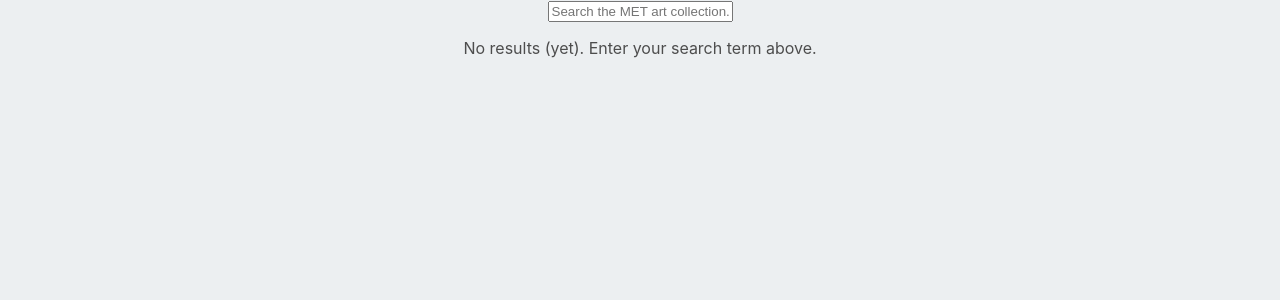
Repository: edulis8/MetSearchTool
Page: /
An editor plug-in stored every save of this project. The page is shown before and after a run of saves, followed by the edit.
The browser window is 1280 px wide. The pictures show the whole page.
The project was rebuilt for these pictures with package versions that can differ from the ones it lists, and the page was loaded fresh each time. Also part of the build but not shown: src/Pokecard.js, src/Pokedex.js.

Above is the page before, as saved 2020-01-16 11:31:54.

### src/App.js
import React from 'react';
import './App.css';
import Pokedex from './Pokedex';
import PokeGame from './PokeGame';

function App() {
  return (
    <div className="App">
      <PokeGame />
    </div>
  );
}

export default App;

### src/PokeGame.js
import React, { Component } from 'react'
// import Pokedex from './Pokedex';
import Axios from 'axios';
import Pokecard from './Pokecard';
// import './Pokedex.css';
const MET_API_BASE = 'https://collectionapi.metmuseum.org/public/collection/v1';

const debounce = (fn, delay) => {
    let timer = null;
    return function (...args) {
        const context = this;
        timer && clearTimeout(timer);
        timer = setTimeout(() => {
            fn.apply(context, args);
        }, delay);
    };
}


class PokeGame extends Component {
    constructor(props) {
        super(props);
        this.state = {
            objects: [],
            searchTerm: '',
            searching: false
        }
        this.handleSearchInputChanges = this.handleSearchInputChanges.bind(this);
        this.search = debounce(this.search, 300);
    }
    // static defaultProps = {
    //     test: [
    //     ]
    // }
    handleSearchInputChanges(e) {
        const searchTerm =  e.target.value;
        this.setState({ searchTerm })
        // console.log(this.state.searchTerm);
        this.search(searchTerm);
    }
    search(searchTerm) {
        console.log('searchTerm state', this.state.searchTerm);
        console.log('searchTerm local', searchTerm);
        this.setState({ objects: [], searching: true })

        Axios.get(`${MET_API_BASE}/search?q=${searchTerm}`).then((response) => {
            // console.log(response.data.objectIDs.slice(0, 20));
            // console.log(response.status, response.statusText);
            console.log('RESPONSE', response);
            if (response.data.objectIDs) {
                const objectIDs = response.data.objectIDs.slice(0, 20);
                objectIDs.forEach((id, idx) => {
                    Axios.get(`${MET_API_BASE}/objects/${id}`).then((response) => {
                        // console.log(idx, response.data);
                        const newObjects = [...this.state.objects];
                        newObjects.push(response.data);
                        this.setState({ objects: newObjects })
                    })
                });
            } else {
                this.setState({ objects: [] })
            }
            this.setState({ searching: false });
        });
    }
    componentDidMount() {
        console.log('didMount');
    }
    render() {
        return (
            <div className='Pokedex'>
                <input type="text" placeholder="Search the MET art collection..." onChange={this.handleSearchInputChanges} />
                {this.state.objects.map(object =>
                    // <img src={object.primaryImage}></img>
                    <div className='Pokedex-cards'>
                        <Pokecard {...object} />
                    </div>

                )}
                {!this.state.objects.length && !this.state.searching && <p>No results (yet). Enter your search term above.</p>}
                {this.state.searching && <p>Searching...</p>}

            </div>
        )
    }
}

export default PokeGame;

### src/Pokedex.css
.Pokedex {
    text-align: center;
}
.Pokedex-cards {
    display: flex;
    justify-content: space-evenly;
    flex-wrap: wrap;
}

Loaded but not shown: public/index.html (common file); src/index.js (common file); src/index.css (common file); src/serviceWorker.js (common file); src/App.css (common file)

After the next 2 saves:
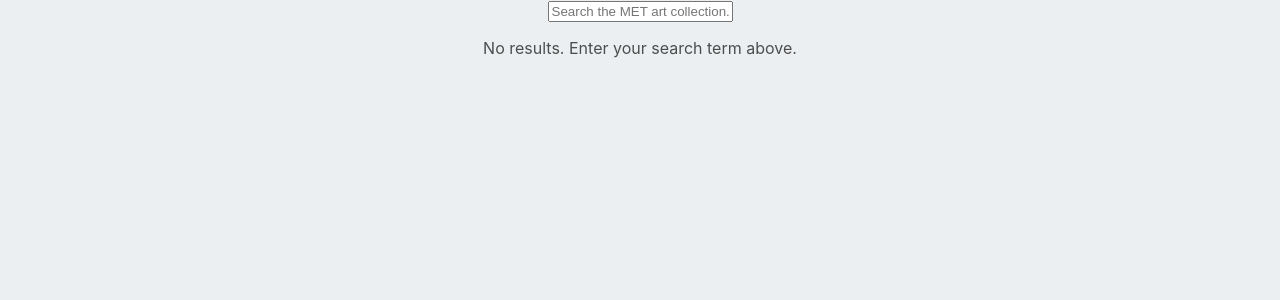
The 2 saves are shown as one change because they came seconds apart.
The last was saved 50 s later.
--- a/src/PokeGame.js
+++ b/src/PokeGame.js
@@ -77,7 +77,7 @@ class PokeGame extends Component {
                     </div>
 
                 )}
-                {!this.state.objects.length && !this.state.searching && <p>No results (yet). Enter your search term above.</p>}
+                {!this.state.objects.length && !this.state.searching && <p>No results. Enter your search term above.</p>}
                 {this.state.searching && <p>Searching...</p>}
 
             </div>
